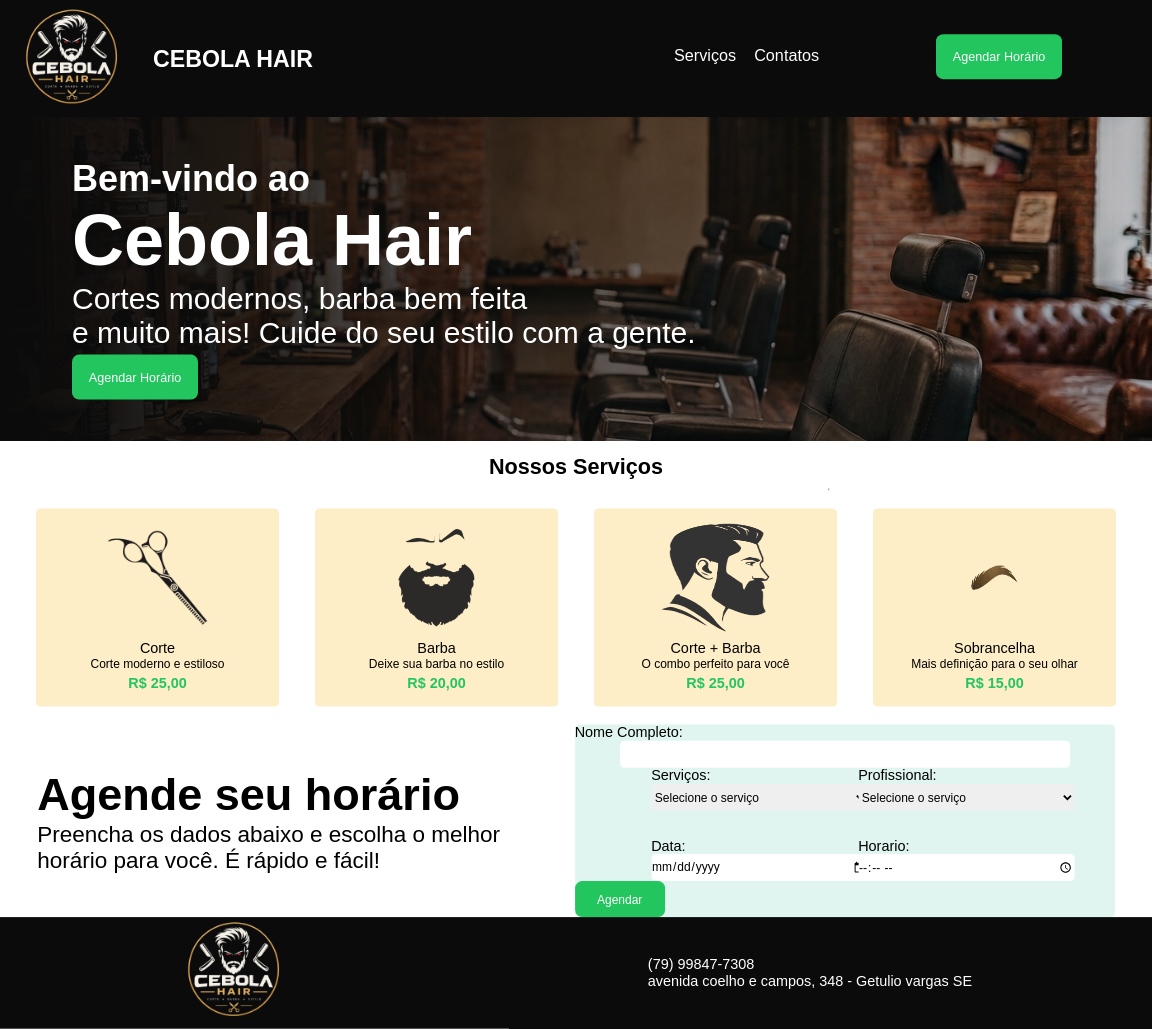
Repository: antonymsantana-design/final.activitie1
Page: index.html
An editor plug-in stored every save of this project. The page is shown before and after the next save, followed by the edit.
The browser window is 1280 px wide. The pictures show the whole page, at 90% of full size.

Above is the page before, as saved 2026-09-15 19:53:34.

### index.html
<!doctype html>
<html lang="pt-br">
  <head>
    <meta charset="UTF-8" />
    <meta name="viewport" content="width=device-width, initial-scale=1.0" />
    <title>Cebola Hair</title>
    <link rel="stylesheet" href="style.css" />
    <script src="../final.activitie1/script.js" defer></script>
  </head>
  <header>
    <div class="conteudoH" id="conteudoH">
      <div class="imagem" id="imagem">
        <img
          src="image/logoC.png"
          alt="logo"
          class="logoIMG"
          id="logoIMG"
        />
        <h3 class="logoH">CEBOLA HAIR</h3>
      </div>
      <div class="direitaH">
        <div class="links" id="links">
          <a href="#" class="aLinks">Serviços</a>
          <a href="#" class="aLinks">Contatos</a>
        </div>
        <div class="btnDiv" id="btnDiv">
          <button class="btn" id="btn">
            <div class="btnTxt" id="btnTxt">
              <p>Agendar Horário</p>
            </div>
          </button>
        </div>
      </div>
    </div>
  </header>

  <body>
    <div class="conteudo">
      <div class="texto">
        <h4>Bem-vindo ao</h4>
        <h1>Cebola Hair</h1>
        <small
          >Cortes modernos, barba bem feita <br />
          e muito mais! Cuide do seu estilo com a gente.</small
        >
        <button class="btn" id="btn">
          <div class="btnTxt" id="btnTxt">
            <p>Agendar Horário</p>
          </div>
        </button>
      </div>
    </div>

    <h2 class="Our">Nossos Serviços</h2>
    <hr />

    <div class="cards">
      <div class="card">
        <img src="image/corte.webp" alt="tisora" class="icone" />
        <p>Corte</p>
        <small>Corte moderno e estiloso</small>
        <h4>R$ 25,00</h4>
      </div>
      <div class="card">
        <img src="image/barba(png).png" alt="tisora" class="icone" />
        <p>Barba</p>
        <small>Deixe sua barba no estilo</small>
        <h4>R$ 20,00</h4>
      </div>
      <div class="card">
        <img src="image/barba+corte(png).png" alt="tisora" class="icone" />
        <p>Corte + Barba</p>
        <small>O combo perfeito para você</small>
        <h4>R$ 25,00</h4>
      </div>
      <div class="card">
        <img
          src="image/Design sem nome.png"
          alt="tisora"
          class="icone"
        />
        <p>Sobrancelha</p>
        <small>Mais definição para o seu olhar</small>
        <h4>R$ 15,00</h4>
      </div>
    </div>

    <div class="agendar" id="agendar">
      <div class="esq">
        <h1>Agende seu horário</h1>
        <p>
          Preencha os dados abaixo e escolha o melhor <br />
          horário para você. É rápido e fácil!
        </p>
      </div>

      <div class="form">
        <label for="nome">Nome Completo:</label><br/>
        <input type="text" name="nome" id="nome" class="forms"/><br/>

         <div class="quadrado">
        <div class="1">
          <label for="serv">Serviços:</label>
          <select name="serv" id="serv" class="formu">
            <option value="">Selecione o serviço</option>
            <option value="corte">Corte</option>
            <option value="barba">Barba</option>
            <option value="cort+barba">Corte + Barba</option>
            <option value="sobrancelha">Sobrancelha</option>
          </select>
          </div>

          <div class="2">
            <label for="prof">Profissional:</label>
            <select name="prof" id="prof" class="formu">
              <option value="">Selecione o serviço</option>
              <option value="cebola">Cebola</option>
            </select>
            </div>
            <div class="3">
              <label for="data">Data:</label> <br>
              <input type="date" name="data" id="data" class="formu"/>
            </div>
            <div class="4">
              <label for="hora">Horario:</label> <br>
              <input type="time" name="hora" id="hora" class="formu"/>
            </div>
          </div>
           <button type="button" class="agendarbtn">Agendar</button>
          </div>
      </div>
    </div>
  </body>
  <footer>
    <div class="direita">
      <img
        src="image/logoC.png"
        alt="logo"
        class="logoIMG"
        id="logoIMG"
      />
    </div>

    <div class="esquerda">
      <p>(79) 99847-7308</p>
      <p>avenida coelho e campos, 348 - Getulio vargas SE</p>
    </div>
  </footer>
</html>

### style.css
* {
    padding: 0px;
    margin: 0px;
    font-family: Arial, Helvetica, sans-serif;
}

header {
    background-color: #0B0B0B;
    height: 130px;
}

small {
    padding-bottom: 5px;
}

.conteudoH {
    display: flex;
    justify-content: space-between;
    padding-right: 100px;
    align-items: center;
}

.imagem {
    margin-left: 20px;
    margin-top: 5px;
    display: flex;
    justify-content: center;
    align-items: center;
    gap: 30px;
    font-weight: 600;
    font-size: 22px;
}

.logoIMG {
    width: 120px;
    height: 120px;
    cursor: pointer;
}

.logoH {
    color: white;

}

.links {
    display: flex;
    gap: 20px;
    justify-content: center;
    padding-right: 130px;
    font-size: 18px;
}

.links a {
    text-decoration: none;
    color: white;
    transition: 0.5s ease;
}

.aLinks:hover {
    transform: translateY(-5px);
    box-shadow: 0 4px 10px rgba(0, 0, 0, 0.15);
    background-color: #F0C56A;
    color: #F5F5F5;
    border-radius: 5px;
    width: 120px;
    height: 30px;
    display: flex;
    justify-content: center;
    align-items: center;
}

.btnDiv {
    display: flex;
}

.btn {
    display: flex;
    justify-content: center;
    width: 140px;
    height: 50px;
    background-color: #22C55E;
    border: none;
    color: white;
    align-items: center;
    border-radius: 8px;
    transition: 0.3s ease;
    cursor: pointer;
    font-size: 14px;
}

.btn:hover {
    transform: translateY(-5px);
    box-shadow: 0 8px 15px rgba(0, 0, 0, 0.4);
}

.direitaH {
    display: flex;
    justify-content: center;
    align-items: center;
}

.conteudo {
    background-image: url(image/Gemini_Generated_Image_hbetqjhbetqjhbet.jpg);
    background-repeat: no-repeat;
    background-size: cover;
    background-position: center;
    height: 50vh;
    color: white;
}

.texto {
    padding-left: 80px;
    font-size: 40px;
    display: flex;
    flex-direction: column;
    justify-content: center;
    height: 50vh;
    background: linear-gradient(to right, #0B0B0B, #15151531);

}

.card {
    background-color: #FDEEC7;
    width: 270px;
    height: 220px;
    display: flex;
    flex-direction: column;
    justify-content: center;
    align-items: center;
    border-radius: 5px;
}

.cards {
    display: flex;
    justify-content: center;
    gap: 40px;
    padding-top: 20px;
    padding-bottom: 20px;
}

.card h4 {
    color: #22C55E;
}

.icone {
    width: 120px;
    height: 120px;
    padding-bottom: 10px;
}

.Our {
    padding-top: 15px;
    text-align: center;
    padding-bottom: 10px;
}

hr {
    color: #22C55E;
    text-align: center;
    margin-left: 920px;
    margin-right: 920px;
}

.agendar{
    display: flex;
    justify-content: space-around;
    align-items: center;
}

.form{
    background-color: rgba(201, 238, 227, 0.568);
    width: 600px;
    border-radius: 5px;
}
.quadrado{
    display: grid;
    justify-content: center;
    grid-template-columns: repeat(2, 200px);
    gap: 30px;
}

.esq {
    font-size: 25px;
}

footer{
    display: flex;
    justify-content: space-around;
    align-items: center;
    background-color: #0B0B0B;
    color: white;
}

.formu{
    width: 240px;
    height: 30px;
    border-radius: 5px;
    border: none;
    margin-right: 20px;
}

.forms{
    width: 500px;
    height: 30px;
    border-radius: 5px;
    border: none;
    margin-left: 50px;
}

.agendarbtn{
    display: flex;
    justify-content: center;
    align-items: center;
    width: 100px;
    height: 40px;
    background-color: #22C55E;
    border: none;
    color: white;
    border-radius: 8px;
    transition: 0.3s ease;
    cursor: pointer;
}

.agendarbtn:hover {
    transform: translateY(-5px);
}

Loaded but not shown: script.js (no copy from this time; the picture is the same without it)

After the next save:
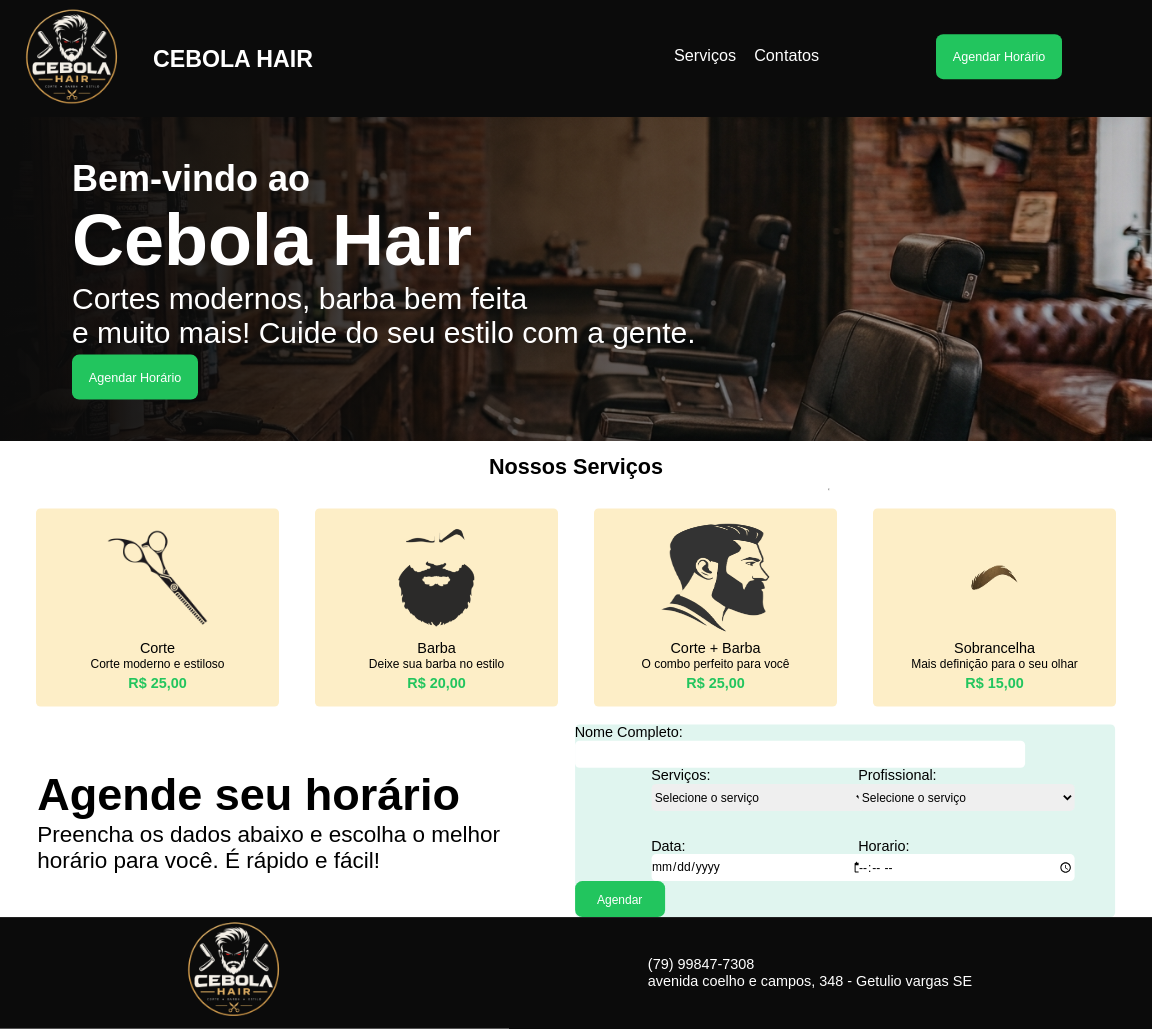
Saved 17 s later.
--- a/style.css
+++ b/style.css
@@ -204,7 +204,6 @@ footer{
     height: 30px;
     border-radius: 5px;
     border: none;
-    margin-left: 50px;
 }
 
 .agendarbtn{
